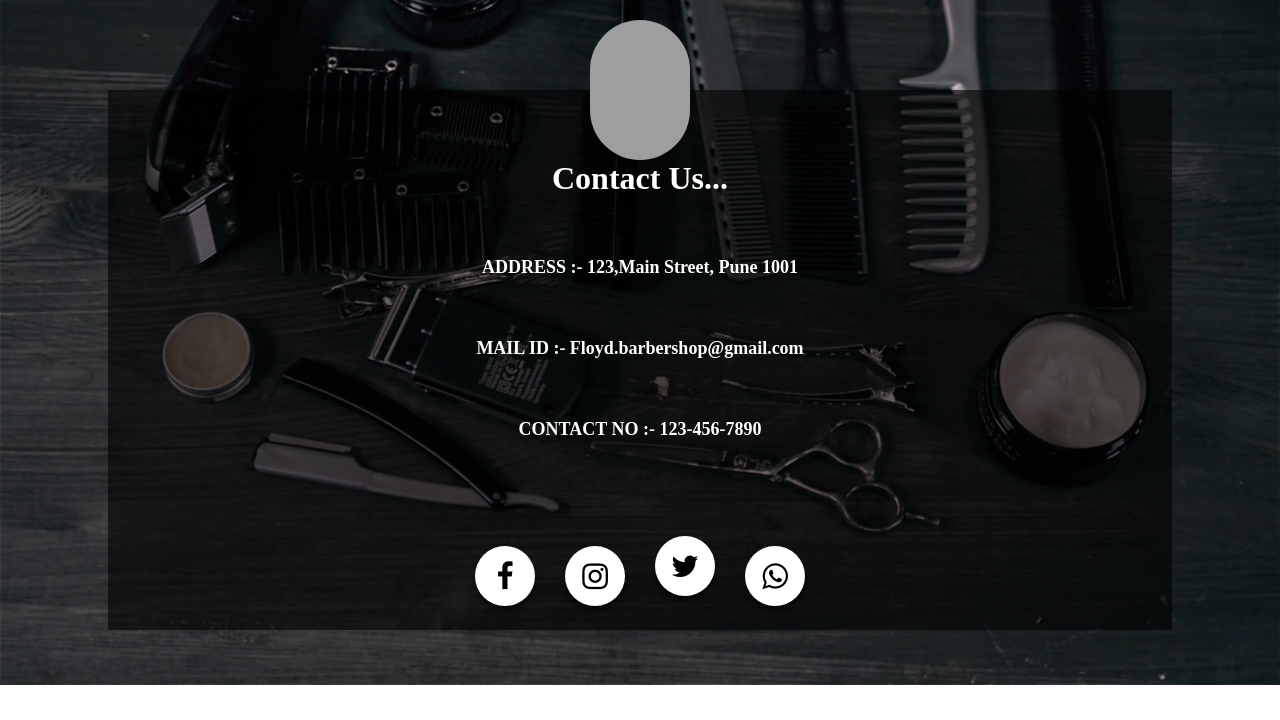
Repository: Mithil-Chavan/OnlineBarbershopManagementSystem
Page: http://localhost/OnlineBarberShop/WEB-INF/views/user/contact.jsp
An editor plug-in stored every save of this project. The page is shown before and after the next save, followed by the edit.
The browser window is 1280 px wide. The pictures show the whole page.
The pointer rests on the first visible `.social-menu ul li:nth-child(3) a`.
The page is served by Tomcat 9. Nobody is signed in. The template is opened directly, without the code that normally fills it, so the values that code supplies are empty.

Above is the page before, as saved 2021-03-24 19:37:21.

After the next save:
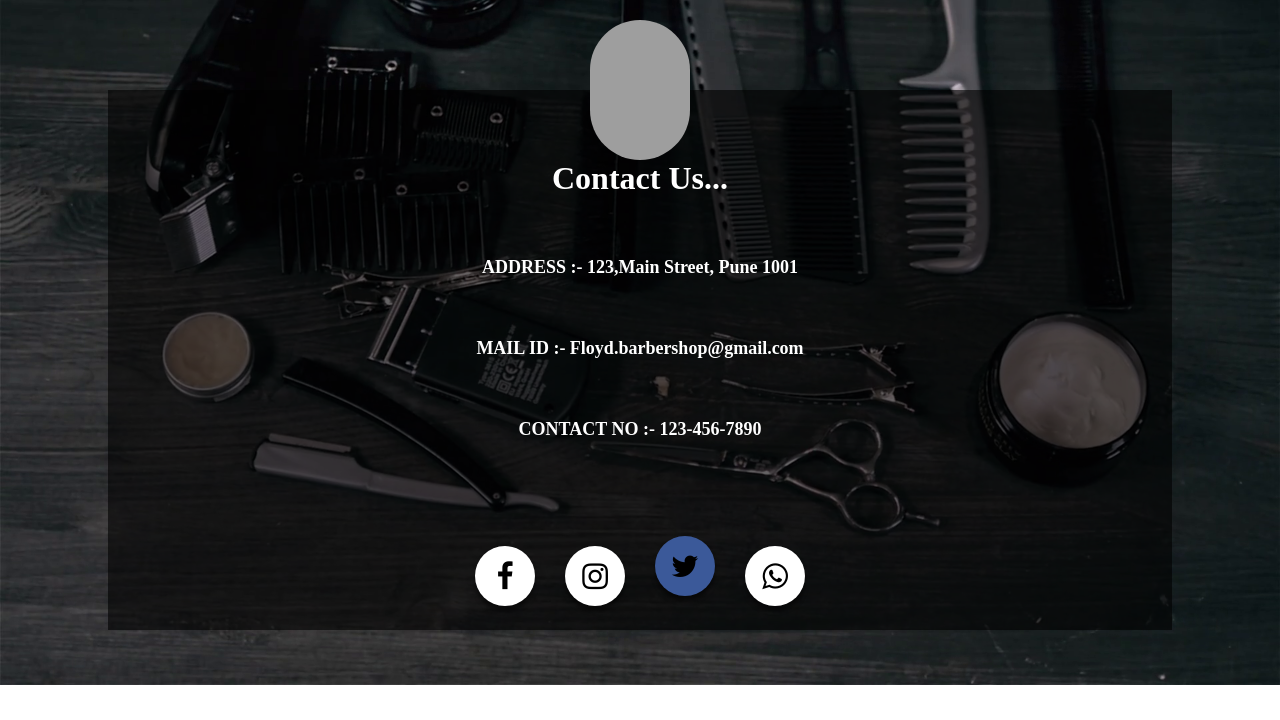
Saved 3 min 38 s later.
--- a/OnlineBarberShop/OnlineBarberShop/src/main/webapp/WEB-INF/views/user/contact.jsp
+++ b/OnlineBarberShop/OnlineBarberShop/src/main/webapp/WEB-INF/views/user/contact.jsp
@@ -114,11 +114,12 @@ body {
 	background-color: e4405f;
 }
 .social-menu ul li:nth-child(3) a:hover {
-	background-color: 55acee;
+	background-color: #3b5999;
 }
 .social-menu ul li:nth-child(4) a:hover {
-	background-color: 25D366;
+	background-color: #3b5999;
 }
+
 
 
 
